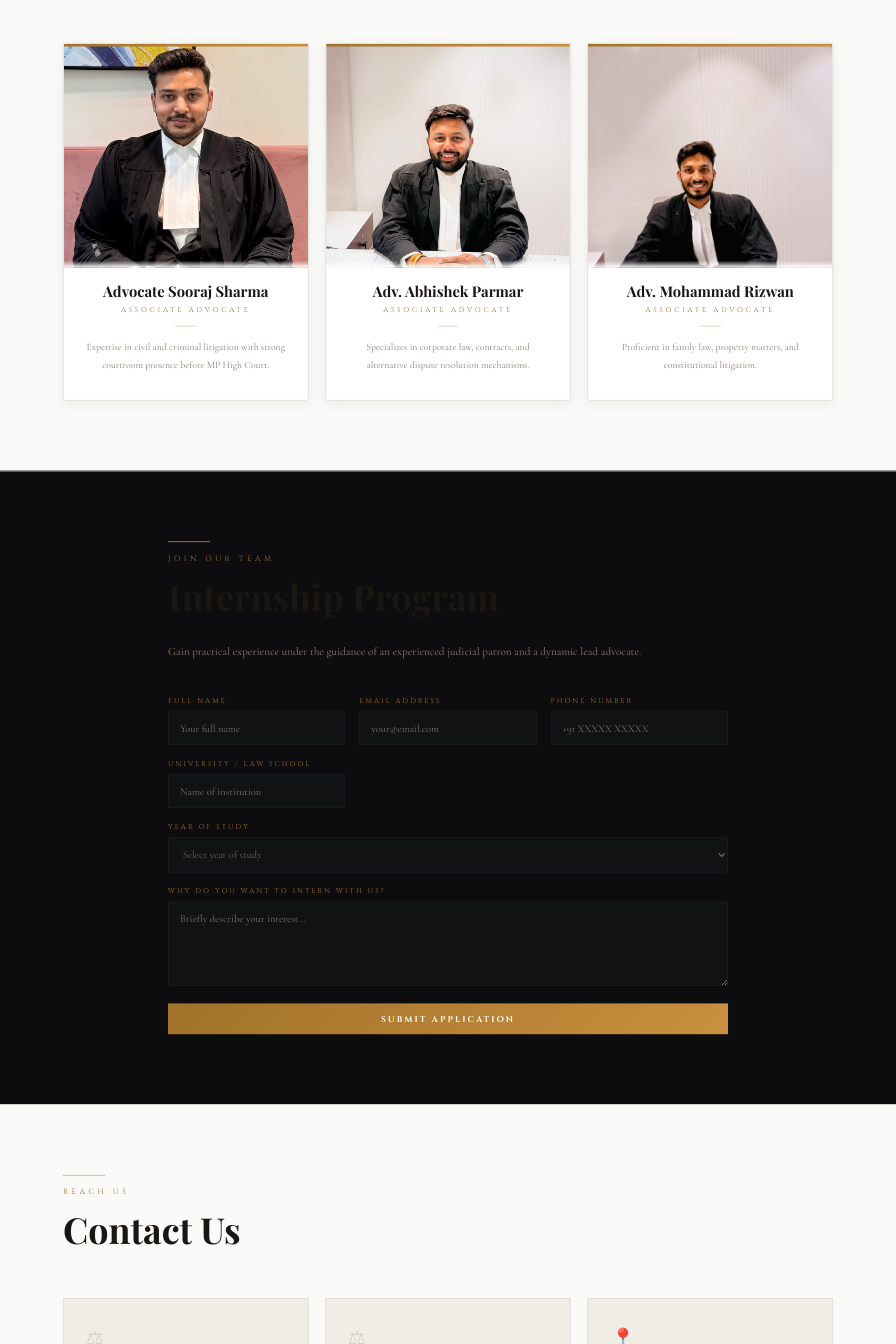
Repository: leesha19/aditya-verma-and-associates
Page: /
The author's editor kept a copy of each file at every save. The page is drawn from the files as they stood at one save, then again after the next save.
The browser window is 1280 px wide. The pictures show the part of the page from y = 3809 to 5729 px (the page is 6707 px tall before and 6387 px after), at 70% of full size.
Pictures or frames that could not be fetched are drawn as grey boxes. The project was rebuilt for these pictures with package versions that can differ from the ones it lists, and the page was loaded fresh each time. Also part of the build but not shown: src/components/ui/Avatar.js.

Above is the page before, as saved 2026-04-20 00:28:55.

### public/index.html
<!DOCTYPE html>
<html lang="en">
  <head>
    <meta charset="utf-8" />
    <meta name="viewport" content="width=device-width, initial-scale=1" />
    <meta name="theme-color" content="#0A0A0B" />
    <meta name="description" content="Verma Law Associates - Dedicated legal counsel in Indore, Madhya Pradesh" />
    <title>Verma Law Associates</title>
  </head>
  <body>
    <noscript>You need to enable JavaScript to run this app.</noscript>
    <div id="root"></div>
  </body>
</html>

### src/App.js
import './styles/global.css';
import Navbar from './components/layout/Navbar';
import Footer from './components/layout/Footer';
import HomePage from './pages/HomePage';

export default function App() {
  return (
    <div>
      <Navbar />
      <HomePage />
      <Footer />
    </div>
  );
}

### src/styles/global.css
@import url('https://fonts.googleapis.com/css2?family=Playfair+Display:wght@400;600;700;900&family=Cormorant+Garamond:wght@300;400;500;600&family=Cinzel:wght@400;600;700&display=swap');

*, *::before, *::after { box-sizing: border-box; margin: 0; padding: 0; }

html { scroll-behavior: smooth; }

body {
  background: #0A0A0B;
  color: #D4CFC6;
  font-family: 'Cormorant Garamond', serif;
  overflow-x: hidden;
}

::-webkit-scrollbar { width: 4px; }
::-webkit-scrollbar-track { background: #0A0A0B; }
::-webkit-scrollbar-thumb { background: #C9A84C; border-radius: 2px; }

input, textarea, select {
  outline: none;
  font-family: 'Cormorant Garamond', serif;
  transition: border-color 0.3s;
}
input:focus, textarea:focus, select:focus { border-color: #C9A84C !important; }

.nav-link { position: relative; }
.nav-link::after {
  content: '';
  position: absolute;
  bottom: -4px; left: 0;
  width: 0; height: 1px;
  background: #C9A84C;
  transition: width 0.3s;
}
.nav-link:hover::after { width: 100%; }

.gold-line::before {
  content: '';
  display: block;
  width: 60px; height: 1px;
  background: #C9A84C;
  margin-bottom: 16px;
}

@keyframes fadeInDown {
  from { opacity: 0; transform: translateY(-20px); }
  to   { opacity: 1; transform: translateY(0); }
}

@media (max-width: 768px) {
  .desktop-nav { display: none !important; }
  #hamburger   { display: flex !important; }
}

### src/components/layout/Footer.js
import { COLORS, FONTS } from "../../constants/theme";
import { NAV_LINKS } from "../../constants/data";
import { scrollToSection } from "../../utils/helpers";
import ScaleIcon from "../ui/ScaleIcon";

export default function Footer() {
  return (
    <footer style={{ padding: "40px clamp(16px, 5vw, 80px)", borderTop: `1px solid ${COLORS.darkBorder}`, background: "#060607" }}>
      <div style={{ maxWidth: 1100, margin: "0 auto", display: "flex", flexWrap: "wrap", gap: 20, alignItems: "center", justifyContent: "space-between" }}>
        <div style={{ display: "flex", alignItems: "center", gap: 12, cursor: "pointer" }} onClick={() => scrollToSection("hero")}>
          <ScaleIcon size={24} />
          <div>
            <div style={{ fontFamily: FONTS.heading, fontSize: 13, color: COLORS.gold, letterSpacing: 3 }}>VERMA LAW ASSOCIATES</div>
            <div style={{ fontFamily: FONTS.heading, fontSize: 9, color: COLORS.textMuted, letterSpacing: 2 }}>INDORE, MADHYA PRADESH</div>
          </div>
        </div>
        <div style={{ color: COLORS.textMuted, fontSize: 12, fontFamily: FONTS.heading, letterSpacing: 1, textAlign: "center" }}>
          © {new Date().getFullYear()} Verma Law Associates. All rights reserved.<br />
          <span style={{ fontSize: 10 }}>302, Block B, Indavar House, Tukoganj, Indore – 452001</span>
        </div>
        <div style={{ display: "flex", gap: 20, flexWrap: "wrap" }}>
          {NAV_LINKS.map(({ label, id }) => (
            <button key={id} onClick={() => scrollToSection(id)}
              style={{ background: "none", border: "none", color: COLORS.textMuted, fontSize: 10, fontFamily: FONTS.heading, letterSpacing: 2, cursor: "pointer", transition: "color 0.3s" }}
              onMouseEnter={(e) => (e.target.style.color = COLORS.gold)}
              onMouseLeave={(e) => (e.target.style.color = COLORS.textMuted)}
            >{label.toUpperCase()}</button>
          ))}
        </div>
      </div>
    </footer>
  );
}

### src/pages/HomePage.js
import HeroSection from "../sections/HeroSection";
import AboutSection from "../sections/AboutSection";
import AdityaSection from "../sections/AdityaSection";
import CoreTeamSection from "../sections/CoreTeamSection";
import InternshipSection from "../sections/InternshipSection";
import ContactSection from "../sections/ContactSection";

export default function HomePage() {
  return (
    <main>
      <HeroSection />
      <AboutSection />
      <AdityaSection />
      <CoreTeamSection />
      <InternshipSection />
      <ContactSection />
    </main>
  );
}

### src/constants/theme.js
export const COLORS = {
  gold: "#A0722A",
  goldLight: "#C9903E",
  dark: "#FAFAF8",
  darkCard: "#F0EDE7",
  darkBorder: "#DDD8CF",
  cream: "#1A1612",
  text: "#3D3630",
  textMuted: "#8C7E70",
};

export const FONTS = {
  display: "'Playfair Display', serif",
  heading: "'Cinzel', serif",
  body: "'Cormorant Garamond', serif",
};

### src/hooks/useScrolled.js
import { useEffect, useState } from "react";

export function useScrolled(offset = 60) {
  const [scrolled, setScrolled] = useState(false);
  useEffect(() => {
    const fn = () => setScrolled(window.scrollY > offset);
    window.addEventListener("scroll", fn, { passive: true });
    return () => window.removeEventListener("scroll", fn);
  }, [offset]);
  return scrolled;
}

### src/utils/helpers.js
export function scrollToSection(id) {
  const el = document.getElementById(id);
  if (el) el.scrollIntoView({ behavior: "smooth" });
}

export function fadeUpStyle(inView, delay = 0) {
  return {
    opacity: inView ? 1 : 0,
    transform: inView ? "translateY(0)" : "translateY(40px)",
    transition: `opacity 0.8s ease ${delay}s, transform 0.8s ease ${delay}s`,
  };
}

### src/components/ui/ScaleIcon.js
import { COLORS } from "../../constants/theme";

export default function ScaleIcon({ size = 40 }) {
  return (
    <svg width={size} height={size} viewBox="0 0 40 40" fill="none" aria-label="Scales of Justice">
      <line x1="20" y1="4"  x2="20" y2="36" stroke={COLORS.gold} strokeWidth="1.5" />
      <line x1="4"  y1="10" x2="36" y2="10" stroke={COLORS.gold} strokeWidth="1.5" />
      <circle cx="9"  cy="18" r="5" stroke={COLORS.gold} strokeWidth="1.2" fill="none" />
      <circle cx="31" cy="18" r="5" stroke={COLORS.gold} strokeWidth="1.2" fill="none" />
      <line x1="4"  y1="10" x2="9"  y2="18" stroke={COLORS.gold} strokeWidth="1.2" />
      <line x1="36" y1="10" x2="31" y2="18" stroke={COLORS.gold} strokeWidth="1.2" />
      <line x1="14" y1="36" x2="26" y2="36" stroke={COLORS.gold} strokeWidth="1.5" />
    </svg>
  );
}

### src/sections/AboutSection.js
import { COLORS } from "../constants/theme";
import { useInView } from "../hooks/useInView";
import { fadeUpStyle } from "../utils/helpers";
import { PATRON } from "../constants/data";
import SectionHeader from "../components/ui/SectionHeader";
import ProfileCard from "../components/ui/ProfileCard";

export default function AboutSection() {
  const [ref, inView] = useInView();
  return (
    <section id="about" style={{ padding: "100px clamp(16px, 5vw, 80px)", borderTop: `1px solid ${COLORS.darkBorder}`, background: `linear-gradient(180deg, ${COLORS.dark}, #0D0D10)` }}>
      <div ref={ref} style={{ maxWidth: 1100, margin: "0 auto" }}>
        <div style={fadeUpStyle(inView)}><SectionHeader label="ABOUT US" heading="Our Distinguished Patron" /></div>
        <div style={fadeUpStyle(inView, 0.2)}><ProfileCard person={PATRON} flip={false} /></div>
      </div>
    </section>
  );
}

### src/sections/AdityaSection.js
import { useInView } from "../hooks/useInView";
import { fadeUpStyle } from "../utils/helpers";
import { LEAD_ADVOCATE } from "../constants/data";
import SectionHeader from "../components/ui/SectionHeader";
import ProfileCard from "../components/ui/ProfileCard";

export default function AdityaSection() {
  const [ref, inView] = useInView();
  return (
    <section id="aditya" style={{ padding: "100px clamp(16px, 5vw, 80px)", background: "#0D0D10" }}>
      <div ref={ref} style={{ maxWidth: 1100, margin: "0 auto" }}>
        <div style={fadeUpStyle(inView)}><SectionHeader label="LEAD COUNSEL" heading="Principal Advocate" /></div>
        <div style={fadeUpStyle(inView, 0.2)}><ProfileCard person={LEAD_ADVOCATE} flip /></div>
      </div>
    </section>
  );
}

### src/sections/CoreTeamSection.js
import { COLORS } from "../constants/theme";
import { useInView } from "../hooks/useInView";
import { fadeUpStyle } from "../utils/helpers";
import { CORE_TEAM } from "../constants/data";
import SectionHeader from "../components/ui/SectionHeader";
import CoreTeamCard from "../components/ui/CoreTeamCard";

export default function CoreTeamSection() {
  const [ref, inView] = useInView();
  return (
    <section id="core-team" style={{ padding: "100px clamp(16px, 5vw, 80px)", background: COLORS.dark, borderTop: `1px solid ${COLORS.darkBorder}` }}>
      <div ref={ref} style={{ maxWidth: 1100, margin: "0 auto" }}>
        <div style={fadeUpStyle(inView)}><SectionHeader label="LEGAL PROFESSIONALS" heading="Core Team" /></div>
        <div style={{ display: "grid", gridTemplateColumns: "repeat(auto-fit, minmax(280px, 1fr))", gap: 24 }}>
          {CORE_TEAM.map((member, i) => (
            <CoreTeamCard key={member.name} member={member} style={fadeUpStyle(inView, i * 0.15)} />
          ))}
        </div>
      </div>
    </section>
  );
}

### src/hooks/useInView.js
import { useEffect, useRef, useState } from "react";

export function useInView(threshold = 0.15) {
  const ref = useRef(null);
  const [inView, setInView] = useState(false);

  useEffect(() => {
    const observer = new IntersectionObserver(
      ([entry]) => { if (entry.isIntersecting) { setInView(true); observer.disconnect(); } },
      { threshold }
    );
    if (ref.current) observer.observe(ref.current);
    return () => observer.disconnect();
  }, [threshold]);

  return [ref, inView];
}

### src/components/ui/GoldButton.js
import { COLORS, FONTS } from "../../constants/theme";

export default function GoldButton({ onClick, children, variant = "solid", type = "button" }) {
  const solid = variant === "solid";

  const style = {
    padding: "14px 40px",
    fontFamily: FONTS.heading,
    fontSize: 12, letterSpacing: 3, fontWeight: 700,
    cursor: "pointer",
    border: solid ? "none" : `1px solid ${COLORS.gold}`,
    background: solid ? `linear-gradient(135deg, ${COLORS.gold}, ${COLORS.goldLight})` : "transparent",
    color: solid ? COLORS.dark : COLORS.gold,
    transition: "transform 0.2s, box-shadow 0.2s, background 0.3s",
  };

  return (
    <button type={type} onClick={onClick} style={style}
      onMouseEnter={(e) => {
        e.currentTarget.style.transform = "translateY(-2px)";
        if (solid) e.currentTarget.style.boxShadow = `0 8px 30px ${COLORS.gold}40`;
        else e.currentTarget.style.background = `${COLORS.gold}15`;
      }}
      onMouseLeave={(e) => {
        e.currentTarget.style.transform = "none";
        e.currentTarget.style.boxShadow = "none";
        if (!solid) e.currentTarget.style.background = "transparent";
      }}
    >
      {children}
    </button>
  );
}

### src/components/ui/SectionHeader.js
import { COLORS, FONTS } from "../../constants/theme";

export default function SectionHeader({ label, heading, style = {} }) {
  return (
    <div className="gold-line" style={{ marginBottom: 64, ...style }}>
      <div style={{ fontFamily: FONTS.heading, fontSize: 11, letterSpacing: 5, color: COLORS.gold, marginBottom: 12 }}>
        {label}
      </div>
      <h2 style={{ fontFamily: FONTS.display, fontSize: "clamp(28px, 4vw, 52px)", color: COLORS.cream, fontWeight: 700 }}>
        {heading}
      </h2>
    </div>
  );
}

### src/components/ui/CoreTeamCard.js
import { COLORS, FONTS } from "../../constants/theme";
import Avatar from "./Avatar";

export default function CoreTeamCard({ member, style = {} }) {
  return (
    <div
      style={{
        background: "#FFFFFF",
        border: `1px solid ${COLORS.darkBorder}`,
        overflow: "hidden",
        transition: "transform 0.3s, box-shadow 0.3s, border-color 0.3s",
        cursor: "default",
        borderRadius: 2,
        boxShadow: "0 4px 20px rgba(0,0,0,0.07)",
        ...style,
      }}
      onMouseEnter={(e) => {
        e.currentTarget.style.transform = "translateY(-8px)";
        e.currentTarget.style.boxShadow = `0 24px 50px rgba(0,0,0,0.13)`;
        e.currentTarget.style.borderColor = `${COLORS.gold}70`;
      }}
      onMouseLeave={(e) => {
        e.currentTarget.style.transform = "none";
        e.currentTarget.style.boxShadow = "0 4px 20px rgba(0,0,0,0.07)";
        e.currentTarget.style.borderColor = COLORS.darkBorder;
      }}
    >
      {/* Photo panel — fixed square crop centered on face */}
      <div style={{
        width: "100%",
        height: 320,
        position: "relative",
        overflow: "hidden",
        background: `linear-gradient(145deg, #EDE8DF, #E0D9CE)`,
      }}>
        {member.photo ? (
          <img
            src={member.photo}
            alt={member.name}
            style={{
              width: "100%",
              height: "100%",
              objectFit: "cover",
              objectPosition: "center 15%",
              display: "block",
            }}
          />
        ) : (
          <div style={{
            width: "100%", height: "100%",
            display: "flex", alignItems: "center", justifyContent: "center",
          }}>
            <Avatar initials={member.initials} size={110} />
          </div>
        )}

        {/* Top gold bar */}
        <div style={{
          position: "absolute", top: 0, left: 0, right: 0,
          height: 4,
          background: `linear-gradient(90deg, ${COLORS.gold}, ${COLORS.goldLight})`,
        }} />

        {/* Bottom fade into white card */}
        <div style={{
          position: "absolute", bottom: 0, left: 0, right: 0,
          height: 10,
          background: "linear-gradient(0deg, #FFFFFF 0%, transparent 100%)",
        }} />
      </div>

      {/* Divider line */}
      <div style={{
        width: 40, height: 1,
        background: COLORS.gold,
        margin: "0 auto",
        marginTop: -1,
      }} />

      {/* Text content */}
      <div style={{
        padding: "20px 28px 36px",
        textAlign: "center",
      }}>
        <h3 style={{
          fontFamily: FONTS.display,
          fontSize: 21,
          color: COLORS.cream,
          fontWeight: 700,
          marginBottom: 6,
          lineHeight: 1.3,
        }}>
          {member.name}
        </h3>

        <div style={{
          fontFamily: FONTS.heading,
          fontSize: 10,
          color: COLORS.gold,
          letterSpacing: 4,
          marginBottom: 16,
        }}>
          {member.role.toUpperCase()}
        </div>

        {/* Small gold rule */}
        <div style={{
          width: 30, height: 1,
          background: `${COLORS.gold}60`,
          margin: "0 auto 16px",
        }} />

        <p style={{
          color: COLORS.textMuted,
          fontSize: 14,
          lineHeight: 1.9,
          fontFamily: FONTS.body,
        }}>
          {member.desc}
        </p>
      </div>
    </div>
  );
}

### src/hooks/useForm.js
import { useState } from "react";

export function useForm(initialValues, onSubmit) {
  const [values, setValues] = useState(initialValues);
  const [submitted, setSubmitted] = useState(false);
  const [loading, setLoading] = useState(false);

  const handleChange = (e) => {
    const { name, value } = e.target;
    setValues((prev) => ({ ...prev, [name]: value }));
  };

  const handleSubmit = async (e) => {
    e.preventDefault();
    setLoading(true);
    await onSubmit(values);
    setLoading(false);
    setSubmitted(true);
  };

  const reset = () => { setValues(initialValues); setSubmitted(false); };

  return { values, handleChange, handleSubmit, submitted, loading, reset };
}

### src/components/ui/ContactCard.js
import { COLORS, FONTS } from "../../constants/theme";

export default function ContactCard({ icon, title, lines, style = {} }) {
  return (
    <div style={{
      background: COLORS.darkCard, border: `1px solid ${COLORS.darkBorder}`,
      padding: "36px 32px", transition: "border-color 0.3s", ...style,
    }}
      onMouseEnter={(e) => (e.currentTarget.style.borderColor = `${COLORS.gold}40`)}
      onMouseLeave={(e) => (e.currentTarget.style.borderColor = COLORS.darkBorder)}
    >
      <div style={{ fontFamily: FONTS.display, fontSize: 28, marginBottom: 16 }}>{icon}</div>
      <h4 style={{ fontFamily: FONTS.heading, fontSize: 12, letterSpacing: 2, color: COLORS.gold, marginBottom: 16 }}>{title.toUpperCase()}</h4>
      {lines.map((line, i) => (
        <p key={i} style={{ color: i === 0 ? COLORS.cream : COLORS.textMuted, fontSize: 14, lineHeight: 1.8, fontWeight: i === 0 ? 500 : 300 }}>
          {line}
        </p>
      ))}
    </div>
  );
}

### src/components/ui/Tag.js
import { COLORS, FONTS } from "../../constants/theme";

export default function Tag({ label }) {
  return (
    <span style={{
      padding: "4px 14px",
      border: `1px solid ${COLORS.gold}50`,
      color: COLORS.gold,
      fontSize: 11,
      fontFamily: FONTS.heading,
      letterSpacing: 1,
    }}>
      {label}
    </span>
  );
}

Loaded but not shown: src/index.js (common file); src/constants/data.js (81 lines, source omitted); src/components/ui/ProfileCard.js (95 lines, source omitted); src/sections/InternshipSection.js (70 lines, source omitted); src/components/layout/Navbar.js (65 lines, source omitted); src/sections/HeroSection.js (39 lines, source omitted); src/sections/ContactSection.js (49 lines, source omitted)

After the next save:
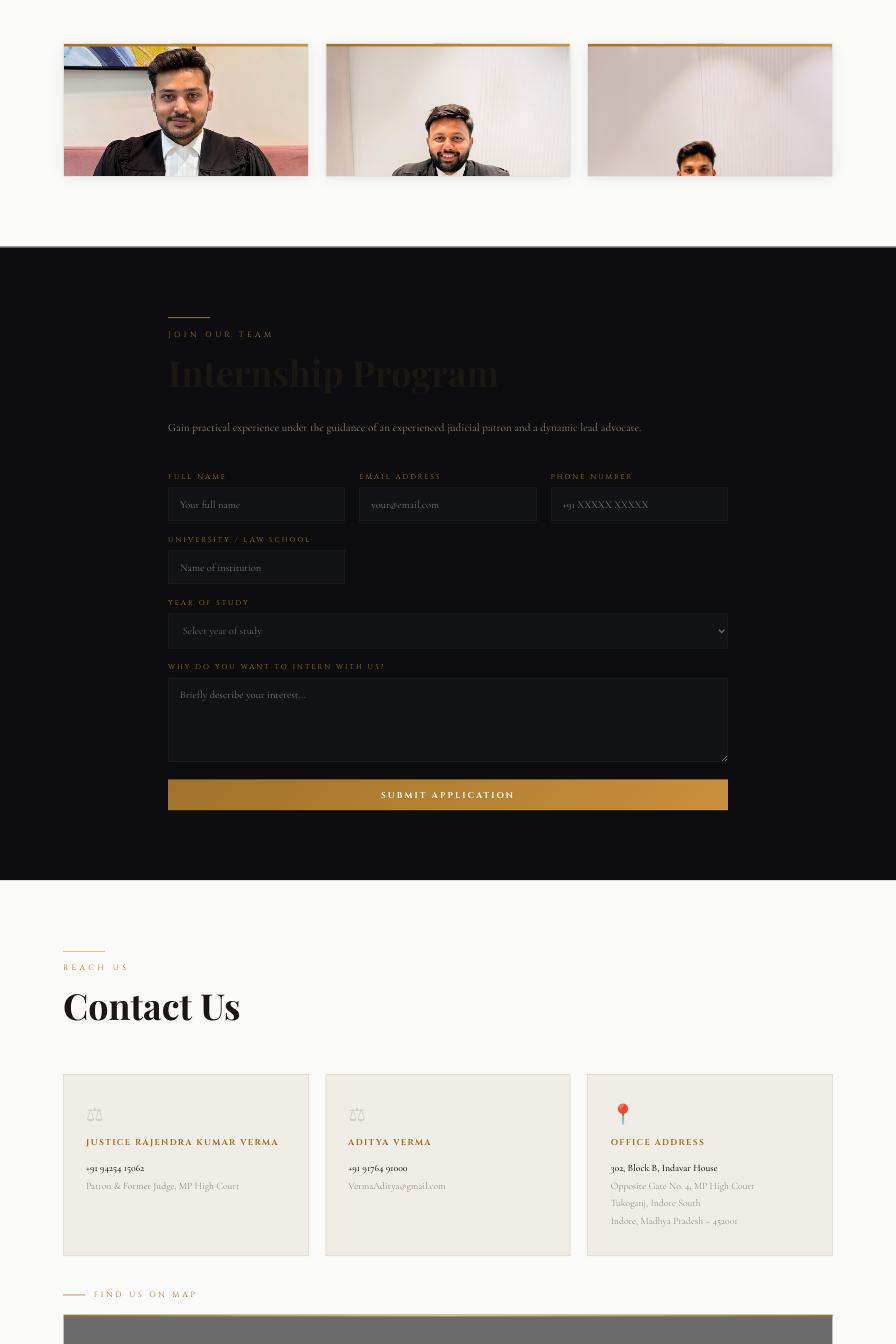
Saved 38 s later.
--- a/src/components/ui/CoreTeamCard.js
+++ b/src/components/ui/CoreTeamCard.js
@@ -29,7 +29,7 @@
       <div style={{
         width: "100%",
         height: 320,
-        position: "relative",
+        position: "fixed",
         overflow: "hidden",
         background: `linear-gradient(145deg, #EDE8DF, #E0D9CE)`,
       }}>

After the 2 saves that followed:
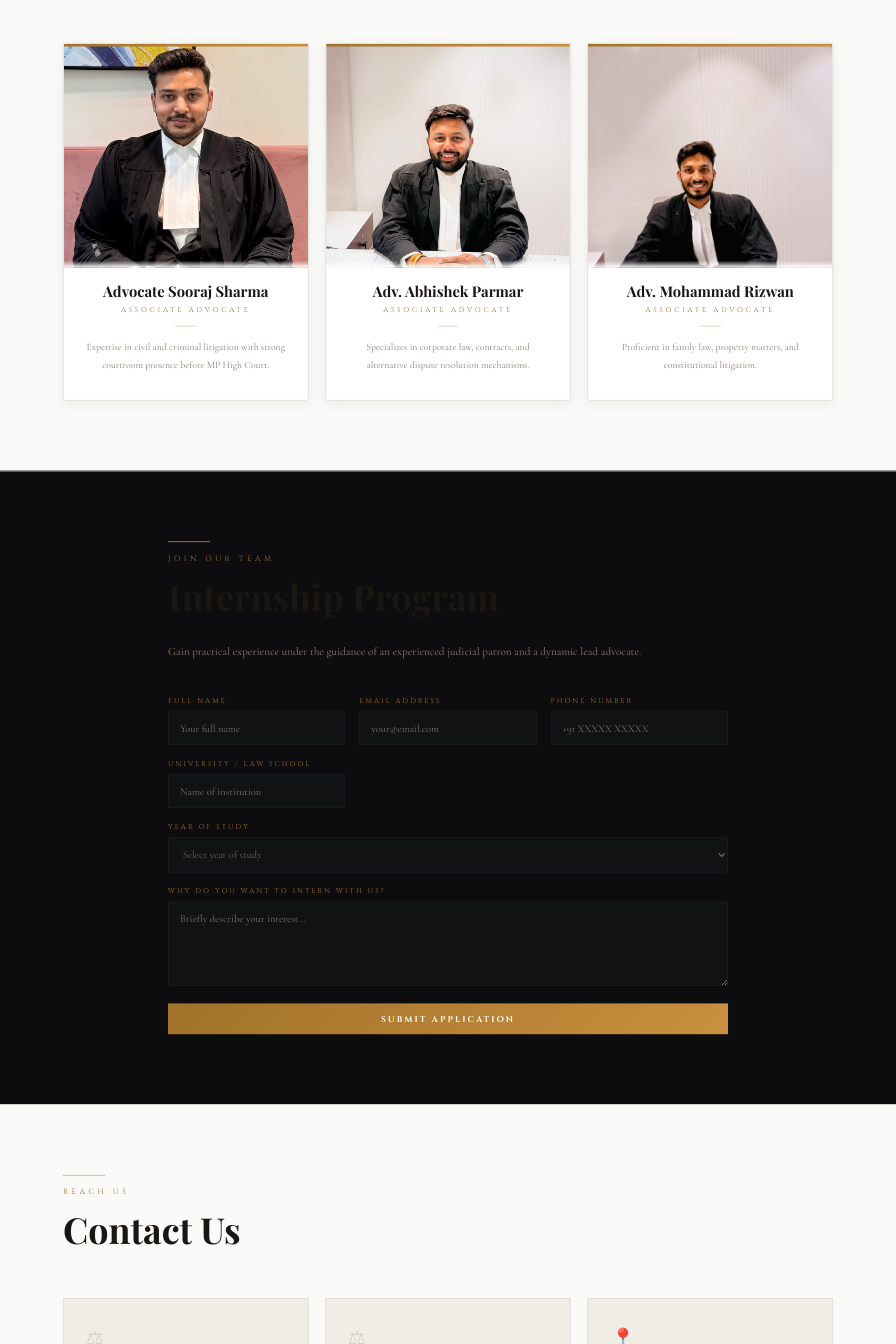
The 2 saves are shown as one change because 1 left the picture as it was.
The last was saved 22 s later.
--- a/src/components/ui/CoreTeamCard.js
+++ b/src/components/ui/CoreTeamCard.js
@@ -29,7 +29,7 @@
       <div style={{
         width: "100%",
         height: 320,
-        position: "fixed",
+        position: "relative",
         overflow: "hidden",
         background: `linear-gradient(145deg, #EDE8DF, #E0D9CE)`,
       }}>
